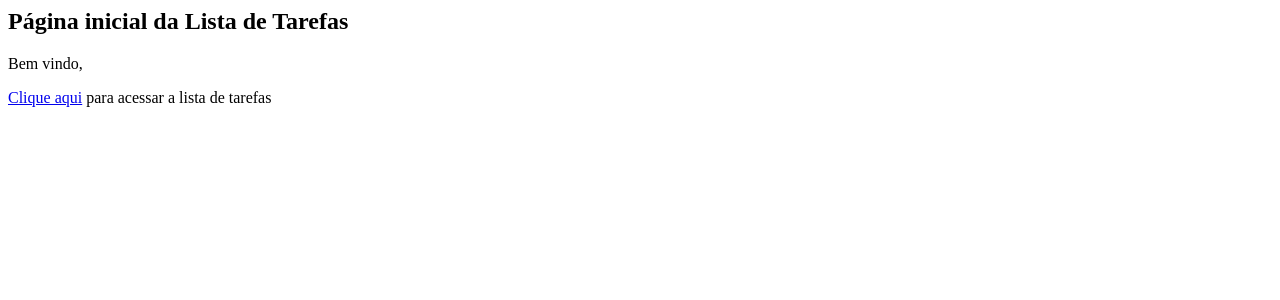
Repository: dreis2003/sgm
Page: http://localhost/sgm-web/WEB-INF/views/menu.jsp
An editor plug-in stored every save of this project. The page is shown before and after the next save, followed by the edit.
The browser window is 1280 px wide. The pictures show the whole page.
The page is served by Tomcat 9. Nobody is signed in. The template is opened directly, without the code that normally fills it, so the values that code supplies are empty.

Above is the page before, as saved 2015-09-30 18:47:14.

After the next save:
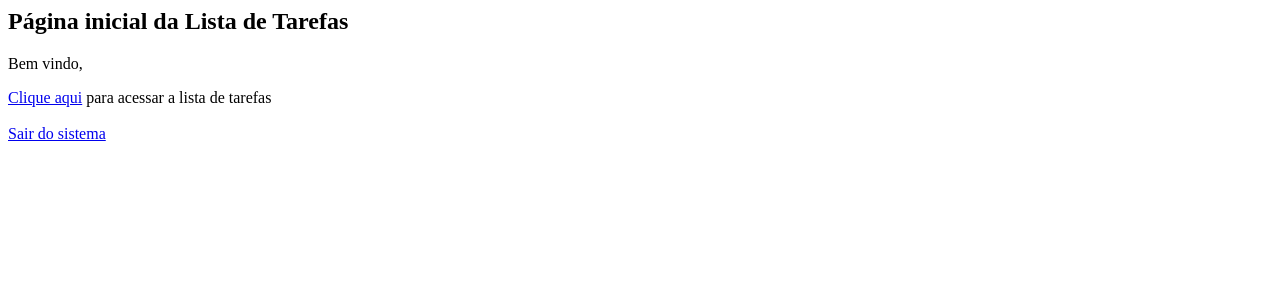
Saved 2 min 25 s later.
--- a/sgm-web/WebContent/WEB-INF/views/menu.jsp
+++ b/sgm-web/WebContent/WEB-INF/views/menu.jsp
@@ -4,5 +4,7 @@
     <p>Bem vindo, ${usuarioLogado.login}</p>
     <a href="listaTarefas">Clique aqui</a> para acessar a
     lista de tarefas
+    <br/> <br/>
+    <a href="logout">Sair do sistema</a>
   </body>
 </html>
